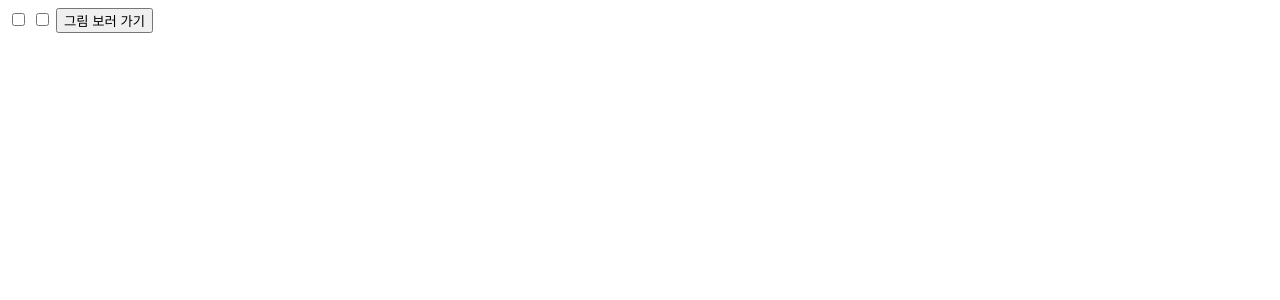
Repository: limbbbyoung/JSP_practice
Page: http://localhost/JSPbasic/jspobject/request/req_photo.jsp
An editor plug-in stored every save of this project. The page is shown before and after the next save, followed by the edit.
The browser window is 1280 px wide. The pictures show the whole page.
The page is served by Tomcat 9.

Above is the page before, as saved 2022-03-25 11:54:48.

After the next save:
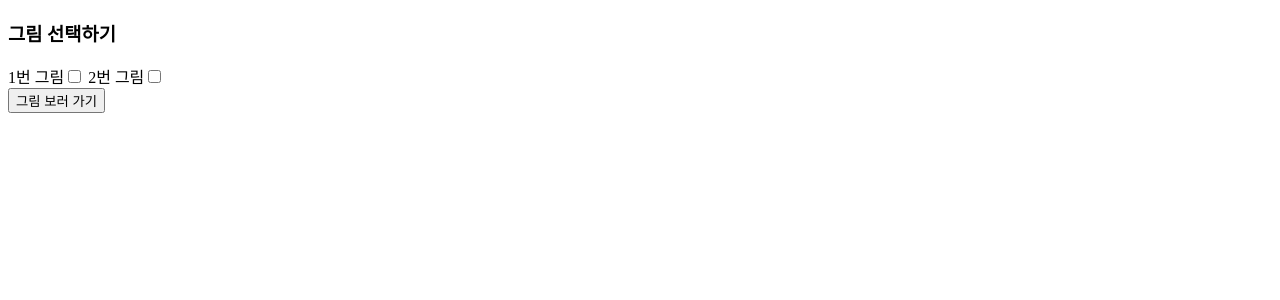
Saved 44 s later.
--- a/JSPbasic/src/main/webapp/jspobject/request/req_photo.jsp
+++ b/JSPbasic/src/main/webapp/jspobject/request/req_photo.jsp
@@ -16,8 +16,10 @@
     if~else문을 구성해주세요.
     그림파일은 <img src="그림파일명">을 이용해 출력가능합니다. --%>
      <form action="" method="post">
-     <input type="checkbox" name="1번" value="1번 그림 선택">
-     <input type="checkbox" name="2번" value="2번 그림 선택">
+     <h3>그림 선택하기</h3>
+     1번 그림<input type="checkbox" name="1번" value="1번 그림 선택">
+     2번 그림<input type="checkbox" name="2번" value="2번 그림 선택">
+     <br/>
      <input type="submit" value="그림 보러 가기">
      </form>
 </body>
